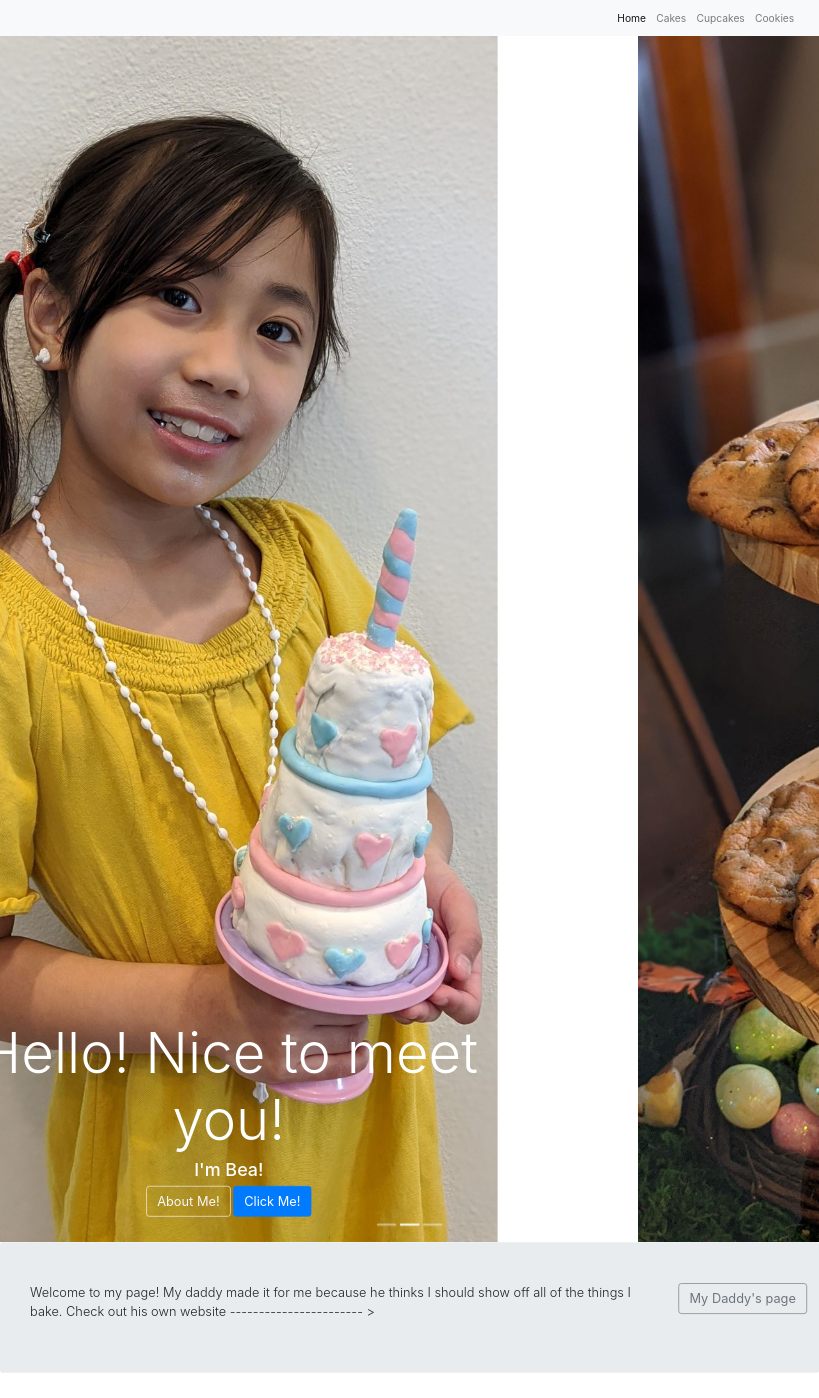
Repository: djzaragoza/Bea-Creation
Page: index.html
The author's editor kept a copy of each file at every save. The page is drawn from the files as they stood at one save, then again after a run of saves.
The browser window is 1280 px wide. The pictures show the whole page, at 64% of full size.
Some web libraries are served in a nearby version.

Above is the page before, as saved 2020-04-07 12:20:00.

After the next 2 saves:
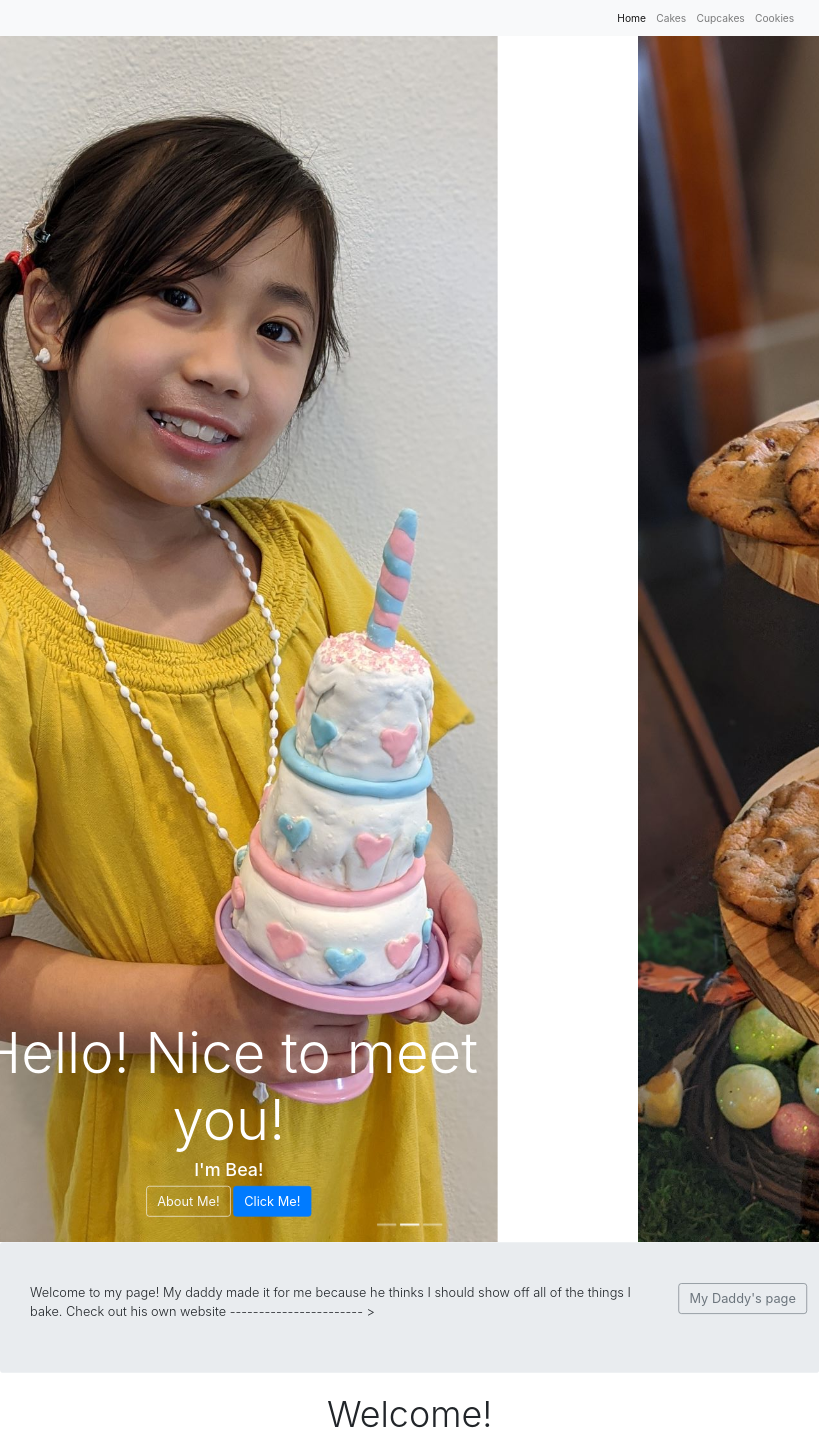
The 2 saves are shown as one change because they came seconds apart.
The last was saved 9 s later.
--- a/index.html
+++ b/index.html
@@ -88,7 +88,7 @@
 <div class="container-fluid padding">
 <div class="row welcome text-center">
     <div class="col-12">
-        <h1 class="display-4">
+        <h1 class="display-4">Welcome!</div>
     </div>
 <div>
 </div>
